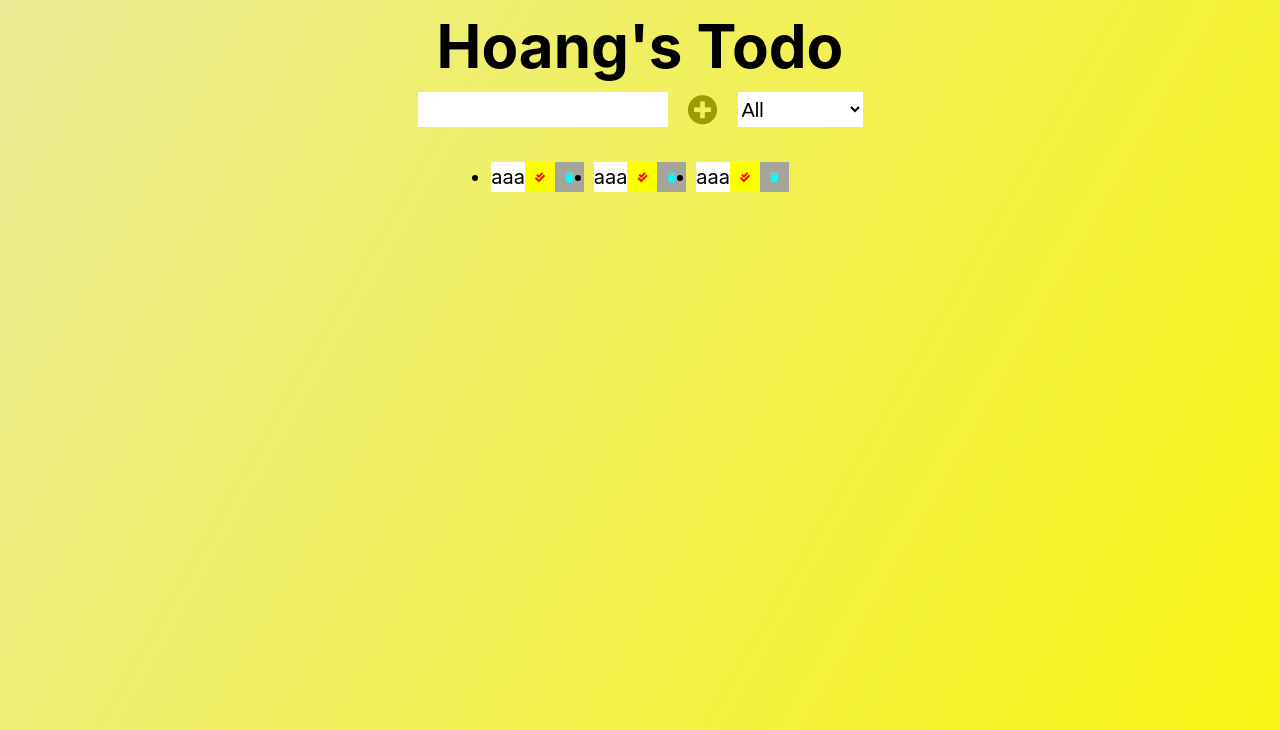
Repository: DinhHoang0607/TodoReact
Page: /
An editor plug-in stored every save of this project. The page is shown before and after the next save, followed by the edit.
The browser window is 1280 px wide. The pictures show the whole page.
Some web libraries are served in a nearby version. The project was rebuilt for these pictures with package versions that can differ from the ones it lists, and the page was loaded fresh each time.

Above is the page before, as saved 2021-09-11 22:12:42.

After the next save:
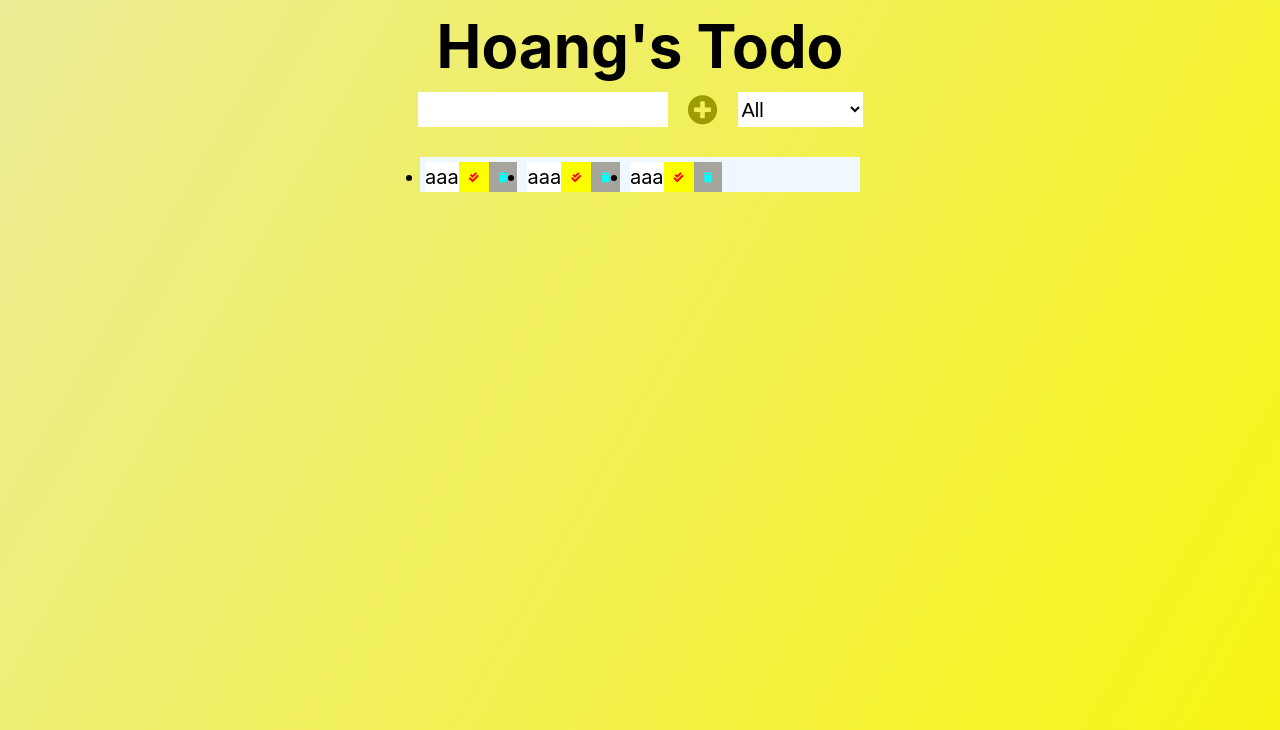
Saved 34 min 31 s later.
--- a/src/App.css
+++ b/src/App.css
@@ -66,13 +66,13 @@
   justify-content: center;
   align-items: center;
 }
-/* .list {
+.list {
   height: 3.5rem;
   width: 44rem;
   background-color: aliceblue;
   font-size: 2.5rem;
   margin-bottom: 1.5rem;
-} */
+}
 .list:nth-child(1) {
   margin-top: 3rem;
 }

After the 4 saves that followed:
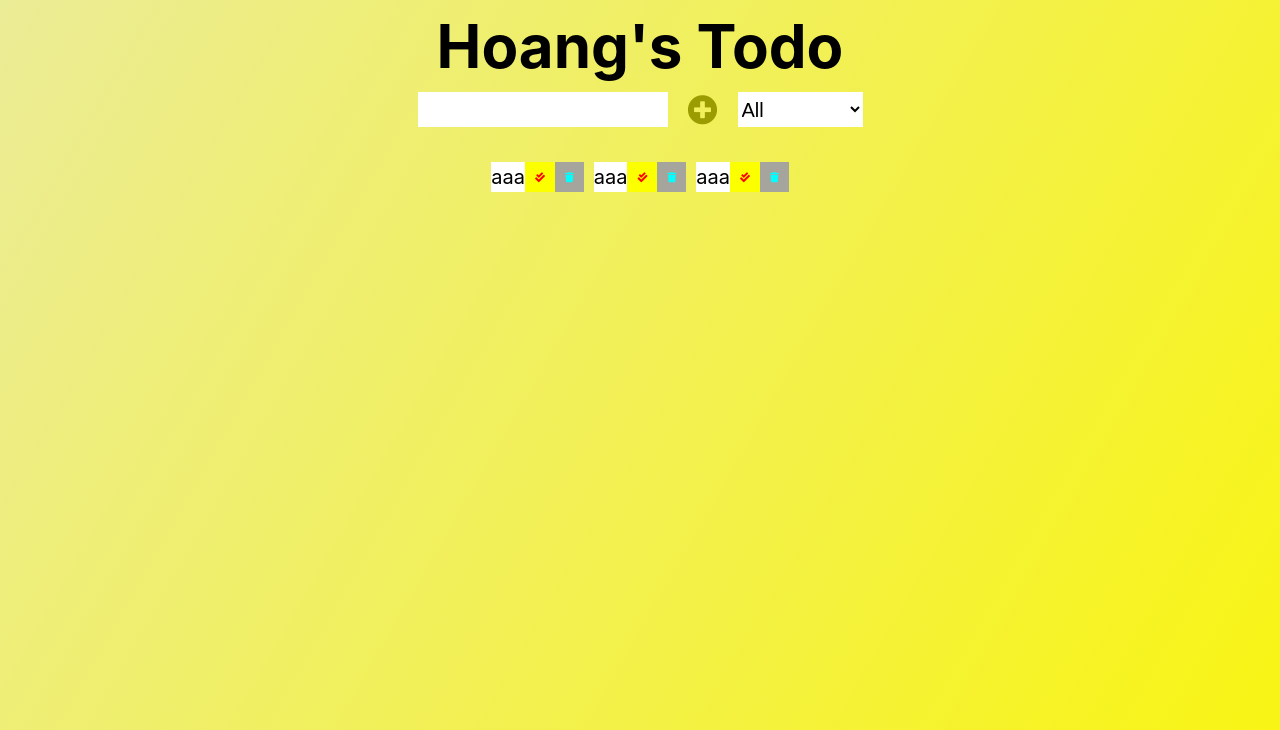
The 4 saves are shown as one change because they came seconds apart.
The last was saved 9 s later.
--- a/src/App.css
+++ b/src/App.css
@@ -67,11 +67,7 @@
   align-items: center;
 }
 .list {
-  height: 3.5rem;
-  width: 44rem;
-  background-color: aliceblue;
-  font-size: 2.5rem;
-  margin-bottom: 1.5rem;
+  list-style: none;
 }
 .list:nth-child(1) {
   margin-top: 3rem;
